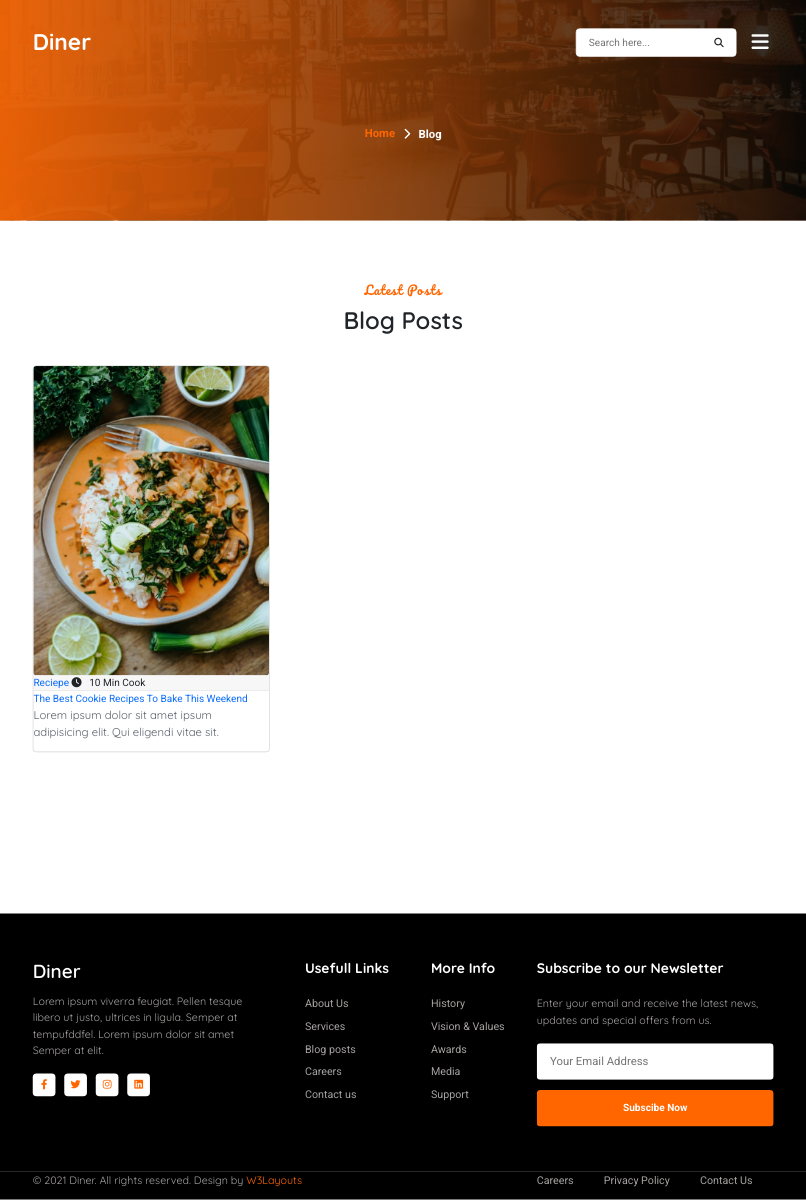
Repository: minhtrivu6199/Diner
Page: blog.html
The author's editor kept a copy of each file at every save. The page is drawn from the files as they stood at one save, then again after the next save.
The browser window is 1280 px wide. The pictures show the whole page, at 63% of full size.
Backgrounds fixed to the window are drawn as part of the page. The style sheet was rebuilt from its Sass, Less or Tailwind sources for each picture, by a compiler version that may differ from the author's.

Above is the page before, as saved 2022-10-11 23:41:09.

### blog.html
<!DOCTYPE html>
<html lang="en">
  <head>
    <title>Diner</title>
    <!-- Required meta tags -->
    <meta charset="utf-8" />
    <meta
      name="viewport"
      content="width=device-width, initial-scale=1, shrink-to-fit=no"
    />

    <!-- FontAwesome 6.2.0 CSS -->
    <link
      rel="stylesheet"
      href="https://cdnjs.cloudflare.com/ajax/libs/font-awesome/6.2.0/css/all.min.css"
      integrity="sha512-xh6O/CkQoPOWDdYTDqeRdPCVd1SpvCA9XXcUnZS2FmJNp1coAFzvtCN9BmamE+4aHK8yyUHUSCcJHgXloTyT2A=="
      crossorigin="anonymous"
      referrerpolicy="no-referrer"
    />

    <!-- Font -->
    <link rel="preconnect" href="https://fonts.googleapis.com" />
    <link rel="preconnect" href="https://fonts.gstatic.com" crossorigin />
    <link
      href="https://fonts.googleapis.com/css2?family=Roboto:wght@100;300;400;500;700;900&display=swap"
      rel="stylesheet"
    />
    <link
      href="https://fonts.googleapis.com/css2?family=Pacifico&display=swap"
      rel="stylesheet"
    />
    <link
      href="https://fonts.googleapis.com/css2?family=Quicksand:wght@300;400;500;600;700&display=swap"
      rel="stylesheet"
    />

    <!-- Bootstrap CSS v5.2.1 -->
    <link
      href="https://cdn.jsdelivr.net/npm/bootstrap@5.2.1/dist/css/bootstrap.min.css"
      rel="stylesheet"
      integrity="sha384-iYQeCzEYFbKjA/T2uDLTpkwGzCiq6soy8tYaI1GyVh/UjpbCx/TYkiZhlZB6+fzT"
      crossorigin="anonymous"
    />
    <link rel="stylesheet" href="./css/blog.min.css" />
  </head>

  <body>
    <section class="header-banner">
      <div class="container">
        <!-- BANNER HEADER -->
        <div class="banner-header">
          <div class="banner-logo">
            <h1>
              <a href="" class="logo-brand">Diner</a>
            </h1>
          </div>
          <div class="banner-right-content">
            <div class="search-bar">
              <form class="search position-relative">
                <input
                  type="search"
                  class="search-input"
                  placeholder="Search here..."
                />
                <span class="fa fa-search search-icon"></span>
              </form>
            </div>
            <div class="menu text-center">
              <div class="mobile-position">
                <nav class="navigation">
                  <!-- <div class="theme-switch-wrapper">
                      <label for="checkbox" class="theme-switch">
                        <input type="checkbox" id="checkbox" />
                        <div class="mode-container">
                          <i class="fa fa-sun"></i>
                          <i class="fa fa-moon"></i>
                        </div>
                      </label>
                    </div> -->
                </nav>
              </div>
              <div class="mobile-nav-button text-center">
                <button id="trigger-overlay" type="button">
                  <i class="fa fa-bars" aria-hidden="true"></i>
                </button>
              </div>
            </div>
          </div>
          <!-- NAV MENU -->
          <div class="overlay overlay-scale">
            <button type="button" class="overlay-close">
              <i class="fa fa-times" aria-hidden="true"></i>
            </button>

            <nav>
              <ul>
                <li><a href="index.html" class="active">Home</a></li>
                <li><a href="about.html">About</a></li>
                <li><a href="services.html">Services</a></li>
                <li><a href="blog.html">Blog</a></li>
                <li><a href="error.html">404</a></li>
                <li><a href="">Landing Page</a></li>
                <li><a href="contact.html">Contact</a></li>
                <li><a href="">Shot Codes</a></li>
                <li><a href="">Email</a></li>
              </ul>
            </nav>
          </div>
          <!-- END NAV MENU -->
        </div>
        <!-- END BANNER HEADER -->
        <div class="header-breadcrumb text-center">
          <div class="path">
            <a href="./index.html">Home</a>
            <span class="fa fa-chevron-right mx-2"></span>
            <span>Blog</span>
          </div>
        </div>
      </div>
    </section>

    <!-- BLOG -->
    <section class="blog py-5">
        <div class="container py-md-5 py-2">
            <div class="header-title text-center">
                <h6 class="subtitle">
                    Latest Posts
                </h6>
                <h3 class="title mb-5">Blog Posts</h3>
            </div>
            <div class="row">
                <div class="col-lg-8 blog-left">
                    <div class="row">
                        <div class="col-md-6 item">
                            <div class="card">
                                <div class="card-header p-0 position-relative">
                                    <a href="">
                                        <img src="./img/g1.jpg" alt="" class="card-img d-block radius-image">
                                    </a>
                                    <div class="info">
                                        <a href="" class="info-title">Reciepe</a>
                                        <span class="info-content">
                                            <span class="fa fa-clock me-2"></span>
                                            10 Min Cook
                                        </span>
                                    </div>
                                </div>
                                <div class="card-body p-0 card-details">
                                    <a href="" class="card-desc">
                                        The Best Cookie Recipes To Bake This Weekend
                                    </a>
                                    <p>
                                        Lorem ipsum dolor sit amet ipsum adipisicing elit. Qui eligendi vitae sit.
                                    </p>
                                    <div class="author mt-3">
                                        <div class="author-info">

                                        </div>
                                    </div>
                                </div>
                            </div>
                        </div>
                        <div class="col-md-6 item mt-lg-0 mt-5"></div>
                        <div class="col-md-6 item mt-5"></div>
                        <div class="col-md-6 item mt-5"></div>
                        <div class="col-md-6 item mt-5"></div>
                        <div class="col-md-6 item mt-5"></div>
                        <div class="col-12 pagination mt-5 pt-lg-3 text-center"></div>
                    </div>
                </div>
                <div class="col-lg-4 blog-right ps-lg-5 mt-lg-0 mt-4"></div>
            </div>
        </div>
    </section>
    <!-- END BLOG -->


    <!-- FOOTER -->
    <section class="footer">
      <div class="py-5">
        <div class="container py-lg-4">
          <div class="row">
            <div class="col-lg-4 col-md-6 col-sm-7 pe-lg-5">
              <div class="footer-logo mb-3">
                <h2>
                  <a href="./index.html" class="navbar-brand">Diner</a>
                </h2>
              </div>
              <p>
                Lorem ipsum viverra feugiat. Pellen tesque libero ut justo,
                ultrices in ligula. Semper at tempufddfel. Lorem ipsum dolor sit
                amet Semper at elit.
              </p>
              <div class="social mt-4">
                <a href="" class="icon">
                  <span class="fab fa-facebook-f"></span>
                </a>
                <a href="" class="icon">
                  <span class="fab fa-twitter"></span>
                </a>
                <a href="" class="icon">
                  <span class="fab fa-instagram"></span>
                </a>
                <a href="" class="icon">
                  <span class="fab fa-linkedin"></span>
                </a>
              </div>
            </div>
            <div class="col-lg-2 col-md-6 col-sm-5 col-6 mt-sm-0 mt-5">
              <ul>
                <h6 class="footer-title">Usefull Links</h6>
                <li>
                  <a href="">About Us</a>
                </li>
                <li>
                  <a href="">Services</a>
                </li>
                <li>
                  <a href="">Blog posts</a>
                </li>
                <li>
                  <a href="">Careers</a>
                </li>
                <li>
                  <a href="">Contact us</a>
                </li>
              </ul>
            </div>
            <div class="col-lg-2 col-md-6 col-sm-5 col-6 mt-sm-0 mt-5">
              <ul>
                <h6 class="footer-title">More Info</h6>
                <li>
                  <a href="">History</a>
                </li>
                <li>
                  <a href="">Vision & Values</a>
                </li>
                <li>
                  <a href="">Awards</a>
                </li>
                <li>
                  <a href="">Media</a>
                </li>
                <li>
                  <a href="">Support</a>
                </li>
              </ul>
            </div>
            <div class="col-lg-4 col-md-6 col-sm-7 mt-lg-0 mt-5">
              <h6 class="footer-title">Subscribe to our Newsletter</h6>
              <p>
                Enter your email and receive the latest news, updates and
                special offers from us.
              </p>
              <form action="" class="subscribe mt-4">
                <input
                  type="email"
                  name="email"
                  placeholder="Your Email Address"
                />
                <button class="btn-style w-100 mt-3">Subscibe Now</button>
              </form>
            </div>
          </div>
        </div>
      </div>
    </section>
    <section class="copyright">
      <div class="container">
        <div class="row">
          <div class="col-lg-8">
            <p>
              © 2021 Diner. All rights reserved. Design by
              <a href="">W3Layouts</a>
            </p>
          </div>
          <div class="col-lg-4">
            <div class="d-flex text-lg-end">
              <a href="">Careers</a>
              <a href="" class="mx-lg-5 mx-md-4 mx-3">Privacy Policy</a>
              <a href="">Contact Us</a>
            </div>
          </div>
        </div>
      </div>
    </section>
    <!-- Bootstrap JavaScript Libraries -->
    <script
      src="https://cdn.jsdelivr.net/npm/@popperjs/core@2.11.6/dist/umd/popper.min.js"
      integrity="sha384-oBqDVmMz9ATKxIep9tiCxS/Z9fNfEXiDAYTujMAeBAsjFuCZSmKbSSUnQlmh/jp3"
      crossorigin="anonymous"
    ></script>

    <script
      src="https://cdn.jsdelivr.net/npm/bootstrap@5.2.1/dist/js/bootstrap.min.js"
      integrity="sha384-7VPbUDkoPSGFnVtYi0QogXtr74QeVeeIs99Qfg5YCF+TidwNdjvaKZX19NZ/e6oz"
      crossorigin="anonymous"
    ></script>

    <!-- JS -->
    <script src="./js/modernizr-2.6.2.min.js"></script>
    <script src="./js/classie.js"></script>
    <script src="./js/main.js"></script>
  </body>
</html>

### js/classie.js
/*!
 * classie - class helper functions
 * from bonzo https://github.com/ded/bonzo
 *
 * classie.has( elem, 'my-class' ) -> true/false
 * classie.add( elem, 'my-new-class' )
 * classie.remove( elem, 'my-unwanted-class' )
 * classie.toggle( elem, 'my-class' )
 */

/*jshint browser: true, strict: true, undef: true */
/*global define: false */

(function (window) {
  "use strict";

  // class helper functions from bonzo https://github.com/ded/bonzo

  function classReg(className) {
    return new RegExp("(^|\\s+)" + className + "(\\s+|$)");
  }

  // classList support for class management
  // altho to be fair, the api sucks because it won't accept multiple classes at once
  var hasClass, addClass, removeClass;

  if ("classList" in document.documentElement) {
    hasClass = function (elem, c) {
      return elem.classList.contains(c);
    };
    addClass = function (elem, c) {
      elem.classList.add(c);
    };
    removeClass = function (elem, c) {
      elem.classList.remove(c);
    };
  } else {
    hasClass = function (elem, c) {
      return classReg(c).test(elem.className);
    };
    addClass = function (elem, c) {
      if (!hasClass(elem, c)) {
        elem.className = elem.className + " " + c;
      }
    };
    removeClass = function (elem, c) {
      elem.className = elem.className.replace(classReg(c), " ");
    };
  }

  function toggleClass(elem, c) {
    var fn = hasClass(elem, c) ? removeClass : addClass;
    fn(elem, c);
  }

  var classie = {
    // full names
    hasClass: hasClass,
    addClass: addClass,
    removeClass: removeClass,
    toggleClass: toggleClass,
    // short names
    has: hasClass,
    add: addClass,
    remove: removeClass,
    toggle: toggleClass,
  };

  // transport
  if (typeof define === "function" && define.amd) {
    // AMD
    define(classie);
  } else {
    // browser global
    window.classie = classie;
  }
})(window);

### js/main.js
(function () {
  var container = document.querySelector("div.container"),
    triggerBttn = document.getElementById("trigger-overlay"),
    overlay = document.querySelector("div.overlay"),
    closeBttn = overlay.querySelector("button.overlay-close");
  (transEndEventNames = {
    WebkitTransition: "webkitTransitionEnd",
    MozTransition: "transitionend",
    OTransition: "oTransitionEnd",
    msTransition: "MSTransitionEnd",
    transition: "transitionend",
  }),
    (transEndEventName = transEndEventNames[Modernizr.prefixed("transition")]),
    (support = { transitions: Modernizr.csstransitions });

  function toggleOverlay() {
    if (classie.has(overlay, "open")) {
      classie.remove(overlay, "open");
      classie.remove(container, "overlay-open");
      classie.add(overlay, "close");
      var onEndTransitionFn = function (ev) {
        if (support.transitions) {
          if (ev.propertyName !== "visibility") return;
          this.removeEventListener(transEndEventName, onEndTransitionFn);
        }
        classie.remove(overlay, "close");
      };
      if (support.transitions) {
        overlay.addEventListener(transEndEventName, onEndTransitionFn);
      } else {
        onEndTransitionFn();
      }
    } else if (!classie.has(overlay, "close")) {
      classie.add(overlay, "open");
      classie.add(container, "overlay-open");
    }
  }

  triggerBttn.addEventListener("click", toggleOverlay);
  closeBttn.addEventListener("click", toggleOverlay);
})();

### scss/pages/blog/blog.scss
@import "../../base/variables";
@import "../components/menu";
@import "../components/header";
@import "../components/footer";

### scss/base/_variables.scss
// Color
$blue: #007bff;
$indigo: #6610f2;
$purple: #6f42c1;
$pink: #e83e8c;
$red: #dc3545;
$orange: #ff6600;
$yellow: #ffc107;
$green: #28a745;
$teal: #20c997;
$cyan: #17a2b8;
$white: #fff;
$light-gray: #f7f7f7;
$gray: #6c757d;
$gray-dark: #343a40;
$light-orange: #f8b195;
$success: #28a745;
$info: #17a2b8;
$warning: #ffc107;
$danger: #dc3545;
$light: #f8f9fa;
$dark: #343a40;
$font-color: rgba(22, 28, 45, 0.7);

*, ::after, ::before {
    margin: 0;
    padding: 0;
    box-sizing: border-box;
}

html,
body {
  font-family: "Roboto", sans-serif;
}
a {
  text-decoration: none;
  background-color: transparent;
  cursor: pointer;
}

.container {
    max-width: 1200px;
}

.subtitle {
    font-family: 'Pacifico', cursive;
    font-size: 20px;
    font-weight: 400;
    line-height: 30px;
    letter-spacing: 1px;
    color: $orange;
}

.title {
    font-size: 38px;
    line-height: 48px;
    font-weight: 600;
    font-family: 'Quicksand', sans-serif;
}

p {
    font-size: 18px;
    line-height: 28px;
    font-family: 'Quicksand', sans-serif;
    color: $font-color;
}

h1,h2,h3,h4,h5,h6 {
    font-family: 'Quicksand', sans-serif;
}

.btn-style {
    padding: 12px 45px;
    font-size: 16px;
    line-height: 30px;
    font-weight: 700;
    transition: 0.3 ease-in;
    border-radius: 6px;
    border: 2px solid transparent;
    color: $white;
    background-color: $orange;
    &:hover {
        color: $white;
        background-color: $orange;
        opacity: 0.8;
        border: 2px solid $orange;
    }
}

### scss/pages/components/_menu.scss
@import '../../base/variables';
.overlay {
	position: fixed;
	width: 100%;
	height: 100%;
	top: 0;
	left: 0;
	background: rgb(6 3 0 / 77%);
}

/* Overlay closing cross */
.overlay .overlay-close {
    width: 40px;
    height: 40px;
    position: absolute;
    right: 40px;
    top: 40px;
    overflow: hidden;
    border: none;
    background: $orange;
    color: #fff;
    border-radius: 6px;
}

button#trigger-overlay {
	outline: none;
	border: none;
	background: none;
	text-align: center;
	color: #fbfdfb;
	font-size: 1.95em;
	padding: 0 8px;
}

/* Menu style */
.overlay nav {
	text-align: center;
	position: relative;
	top: 50%;
	height: 60%;
	-webkit-transform: translateY(-50%);
	transform: translateY(-50%);
}
.overlay ul {
	list-style: none;
	padding: 0;
	margin: 0 auto;
	display: inline-block;
	height: 100%;
	position: relative;
}
.overlay ul li {
	display: block;
	-webkit-backface-visibility: hidden;
	backface-visibility: hidden;
    line-height:3em;
}
.overlay ul li a {
	font-size: 20px;
	font-weight: 600;
	display: block;
	color: #fff;
	-webkit-transition: color 0.2s;
	transition: color 0.2s;
}

.overlay ul li a:hover,
.overlay ul li a:focus {
	color: $orange;
}

/* Effects */
.overlay-scale {
	visibility: hidden;
	opacity: 0;
	-webkit-transform: scale(0.9);
	transform: scale(0.9);
	-webkit-transition: -webkit-transform 0.2s, opacity 0.2s, visibility 0s 0.2s;
	transition: transform 0.2s, opacity 0.2s, visibility 0s 0.2s;
}

.overlay-scale.open {
	visibility: visible;
	opacity: 1;
	-webkit-transform: scale(1);
	transform: scale(1);
	-webkit-transition: -webkit-transform 0.4s, opacity 0.4s;
	transition: transform 0.4s, opacity 0.4s;
}

@media screen and (max-height: 30.5em) {
	.overlay nav {
		height: 70%;
		font-size: 34px;
	}

	.overlay ul li {
		min-height: 34px;
	}
}
@media (max-width:767px) {
	.overlay ul li a {
		font-size: 16px;
	}
	.overlay ul li {
		line-height: 2.5em;
	}
}
@media (max-width:600px) {
	.overlay ul li a {
		font-size: 16px;
	}
	.overlay ul li {
		line-height: 2.2em;
	}
}

### scss/pages/components/_header.scss
.header-banner {
    background-image: linear-gradient(to right, rgb(236 98 6 / 98%), rgb(5 3 0 / 83%)),
      url(../img/banner2.jpg);
    background-size: cover;
    background-position: center;
    background-repeat: no-repeat;
    background-attachment: fixed;
    min-height: 350px;
    .container {
      .banner-header {
        display: flex;
        justify-content: space-between;
        align-items: center;
        padding: 40px 0 20px 0;
        .banner-logo {
          .logo-brand {
            font-size: 36px;
            font-weight: 700;
            color: $white;
          }
        }

        .banner-right-content {
          display: flex;
          justify-content: center;
          align-items: center;
          .search-bar {
            display: flex;
            .search {
              .search-input {
                padding: 10px 50px 10px 20px;
                height: 45px;
                font-size: 16px;
                color: $font-color;
                font-weight: 400;
                border-radius: 6px;
                position: relative;
                right: 0;
                background: $white;
                outline: 0;
                border: 1px solid $white;
              }
              .search-icon {
                position: absolute;
                right: 20px;
                font-size: 15px;
                cursor: pointer;
                top: 15px;
              }
            }
          }

          .menu {
            display: flex;
            justify-content: center;
            align-items: center;
            .mobile-nav-button {
              margin-left: 1rem;
            }
          }
        }
      }

      .header-breadcrumb {
        .path {
            padding-top: 81px;
            a {
                color: $orange;
                font-size: 18px;
                font-weight: 600;
            }

            span {
                position: relative;
                display: inline-block;
                vertical-align: middle;
                font-size: 18px;
                line-height: 1.5;
                font-weight: 600;
                color: $white;
            }
        }
      }
    }
  }

### scss/pages/components/_footer.scss
.footer {
  background: #000;
  .footer-logo {
    h2 a {
      font-size: 30px;
      font-weight: 600;
      color: $white;
    }
  }

  p {
    font-size: 17px;
    line-height: 26px;
    color: #a5a2a1;
  }
  .social {
    a {
      margin-right: 10px;
      color: $orange;
      display: inline-block;
      text-align: center;
      font-size: 16px;
      background-color: $white;
      width: 36px;
      height: 36px;
      line-height: 36px;
      border-radius: 6px;
      transition: 0.3s;
      &:hover {
        color: $white;
        background-color: $orange;
      }
    }
  }

  .footer-title {
    font-size: 22px;
    line-height: 28px;
    margin-bottom: 30px;
    font-weight: 700;
    position: relative;
    color: $white;
  }
  li {
    list-style: none;
    margin-bottom: 10px;
    a {
      font-size: 17px;
      line-height: 26px;
      color: #a5a2a1;
      &:hover {
        color: $orange;
      }
    }
  }
  input {
    padding: 14px 20px;
    font-size: 18px;
    line-height: 28px;
    border: 1px solid transparent;
    outline: none;
    width: 100%;
    color: $font-color;
    background: $white;
    border-radius: 6px;
    &:focus {
        border: 1px solid $orange;
    }
  }
}

.copyright {
    background: #000;
    p {
        color: #a5a2a1;
        font-size: 17px;
        a {
            color: $orange;
            &:hover {
                color: $white;
            }
        }
    }

    a {
        font-size: 17px;
        line-height: 26px;
        color: #a5a2a1;
        &:hover {
            color: $orange;
        }
    }
}

Loaded but not shown: js/modernizr-2.6.2.min.js (library)

After the next save:
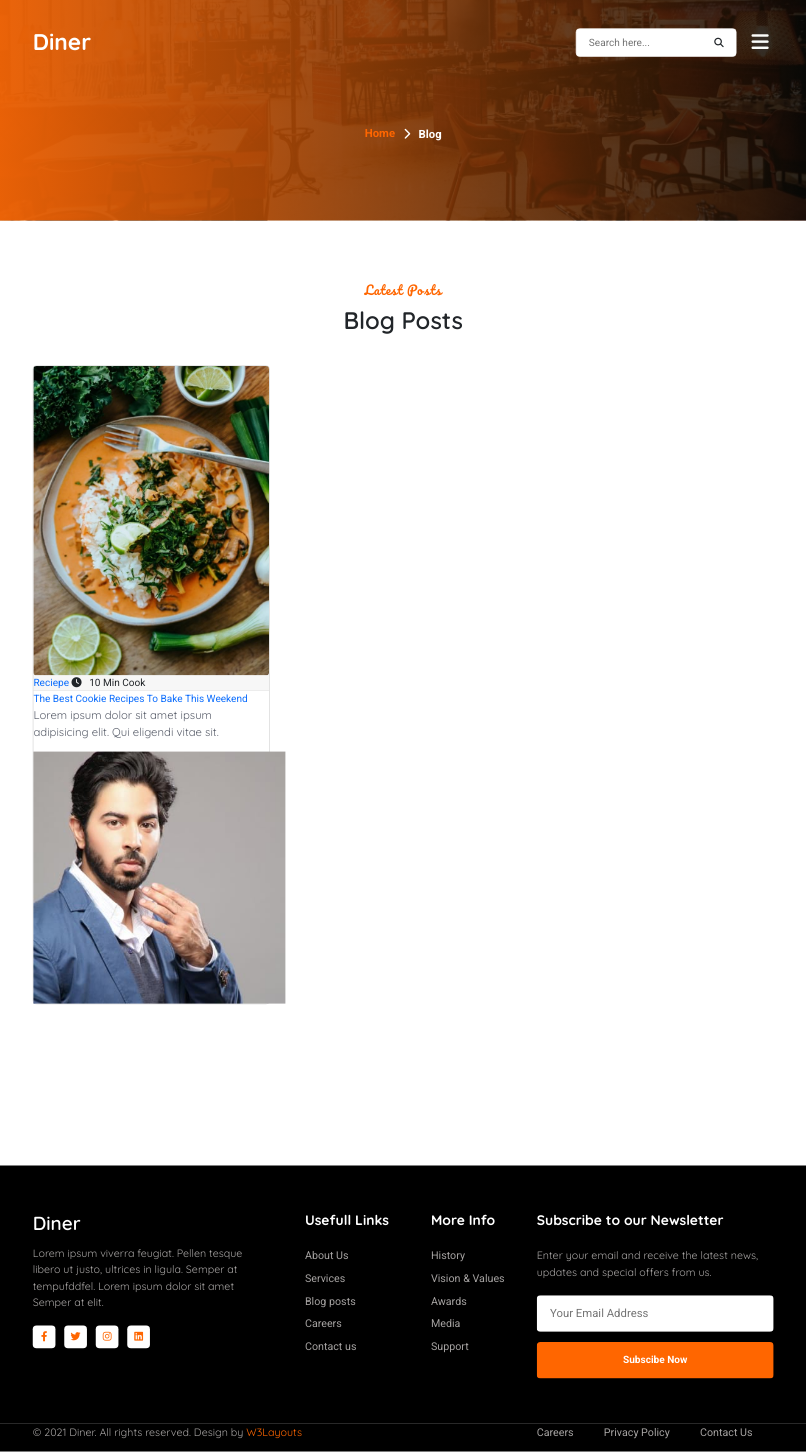
Saved 117 s later.
--- a/blog.html
+++ b/blog.html
@@ -154,7 +154,9 @@
                                     </p>
                                     <div class="author mt-3">
                                         <div class="author-info">
-
+                                            <a href="" class="img-author">
+                                                <img src="./img/team1.jpg" alt="" class="img-author-img">
+                                            </a>
                                         </div>
                                     </div>
                                 </div>
